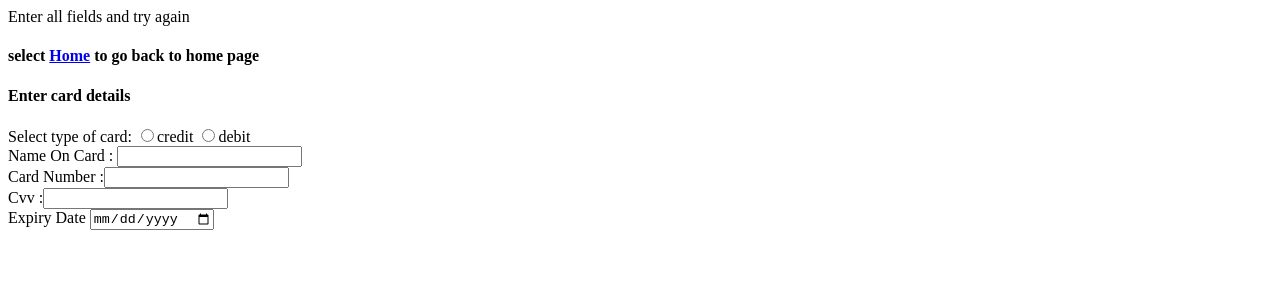
Repository: nihargowda/phase2project
Page: http://localhost/AirAway/payment.jsp
The author's editor kept a copy of each file at every save. The page is drawn from the files as they stood at one save, then again after the next save.
The browser window is 1280 px wide. The pictures show the whole page.
The page is served by Tomcat 9.

Above is the page before, as saved 2020-11-17 15:44:17.

After the next save:
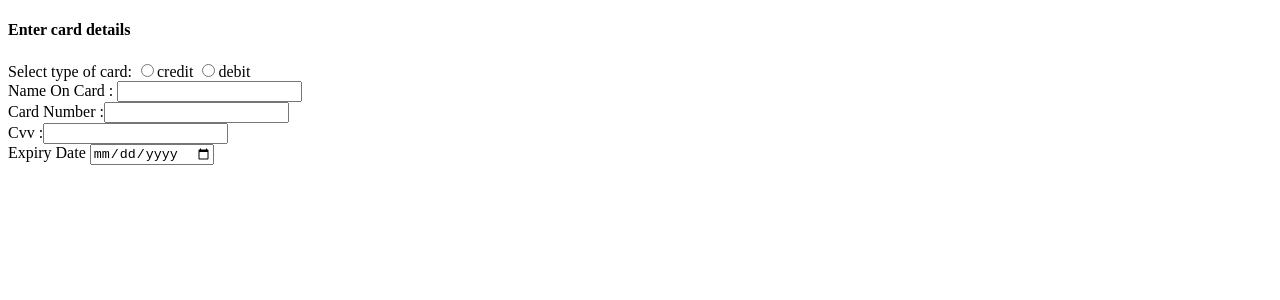
Saved 6 s later.
--- a/AirAway/src/main/webapp/payment.jsp
+++ b/AirAway/src/main/webapp/payment.jsp
@@ -7,7 +7,7 @@
 <title>Insert title here</title>
 </head>
 <body>
-<jsp:include page="emptyerror.jsp" ></jsp:include>
+
 <form action="" method=post>
 <h4>Enter card details </h4>
 
